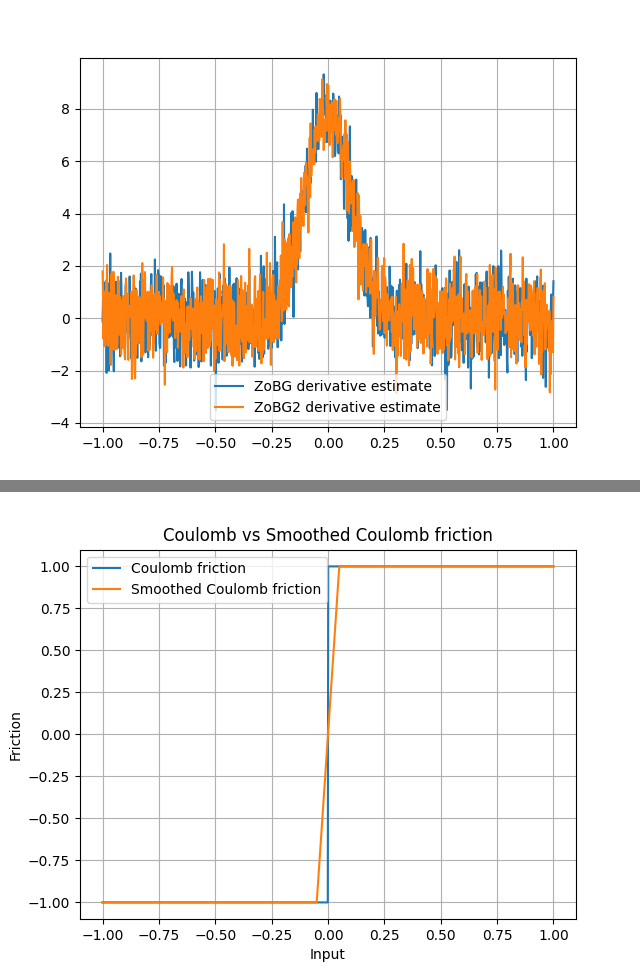
Repository: oomcth/Gradient-smoothing
Script's output: python test.py
An editor plug-in stored every save of this project. The script's output is shown before and after the next save, followed by the edit.
Each picture stacks the figures in order, with grey between them; figures that are only written to a file come last. Random numbers start from a fixed seed.

Above is the script's output before, as saved 2025-11-21 18:25:16.

After the next save:
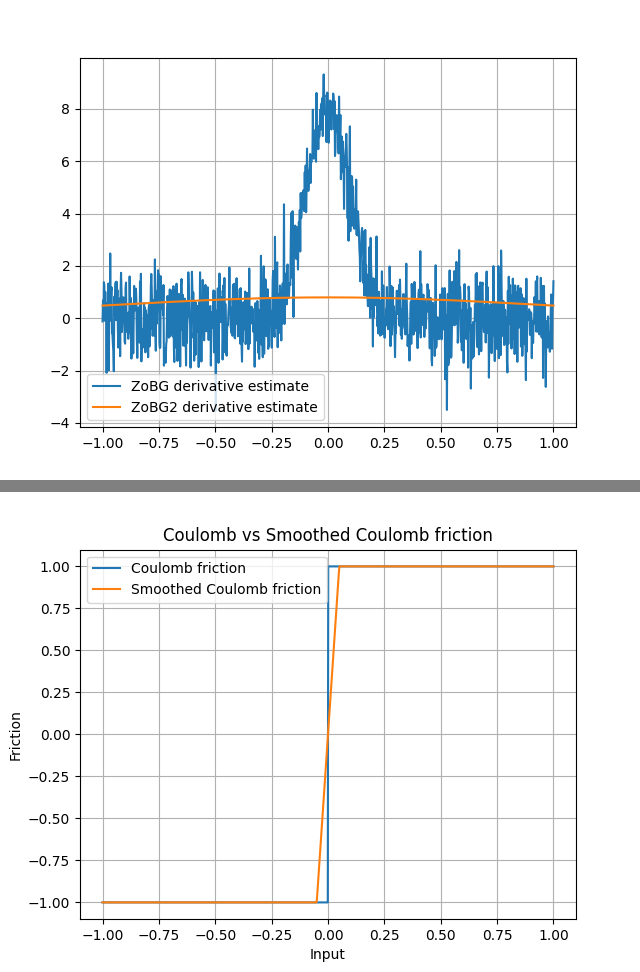
Saved 14 s later.
--- a/test.py
+++ b/test.py
@@ -62,7 +62,7 @@ def visualize_coulomb_derivatives():
     )
     y2 = np.array(
         [
-            zo_gradient(
+            fo_gradient(
                 coulomb_friction,
                 l,
             )
